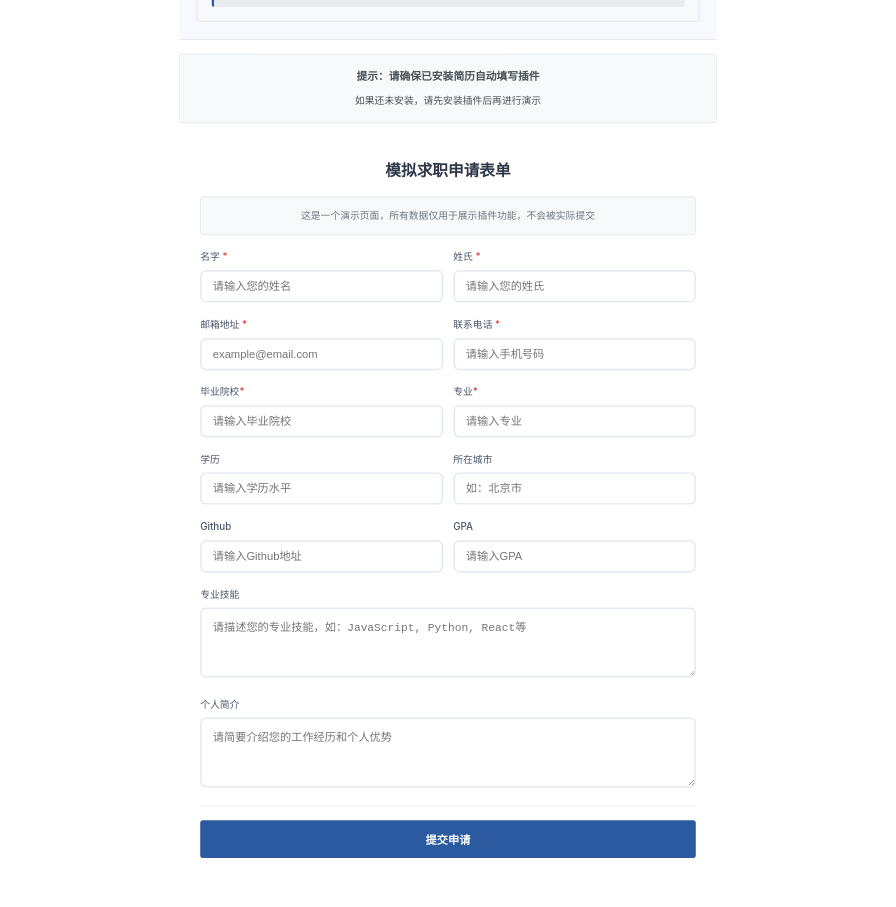
Repository: Zion74/jiancareer-chrome-main-zhn
Page: public/mock-form.html
These files come from the project's save history. The page is drawn as it stood at one moment and after the next save; the edit follows.
The browser window is 1280 px wide. The pictures show the part of the page from y = 687 to 2607 px (the page is 1983 px tall before and 2607 px after), at 70% of full size.

Above is the page before, as saved 2025-09-10 08:44:16.

After the next save:
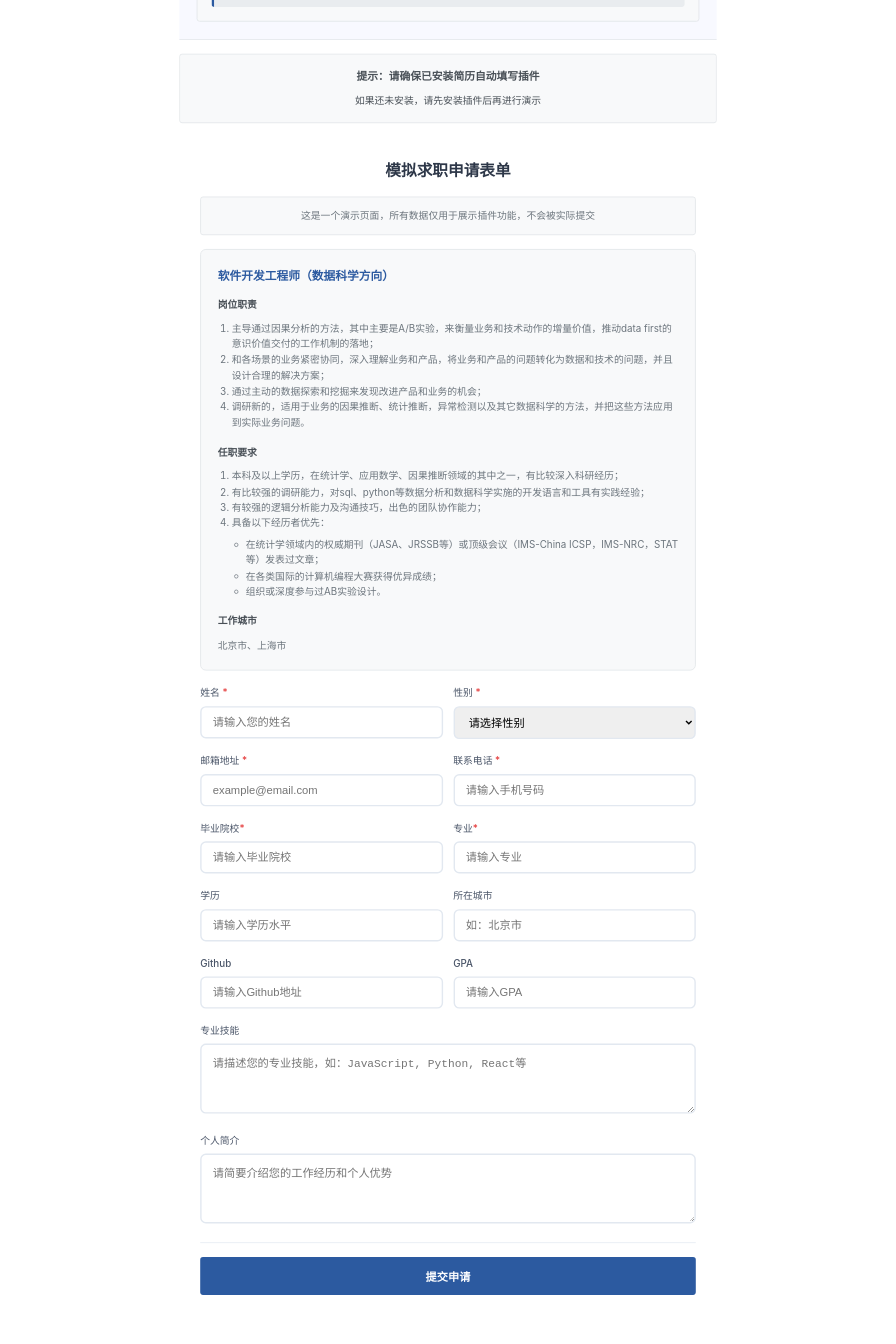
Saved 6 min 42 s later.
--- a/public/mock-form.html
+++ b/public/mock-form.html
@@ -295,15 +295,55 @@
                 这是一个演示页面，所有数据仅用于展示插件功能，不会被实际提交
             </div>
 
+            <!-- 职位要求描述 -->
+            <div style="background: #f8f9fa; border: 1px solid #dee2e6; border-radius: 8px; padding: 24px; margin: 20px 0;">
+                <h3 style="color: #2c5aa0; margin: 0 0 16px 0; font-size: 1.2em;">软件开发工程师（数据科学方向）</h3>
+
+                <div style="margin-bottom: 20px;">
+                    <h4 style="color: #495057; margin: 0 0 12px 0; font-size: 1em;">岗位职责</h4>
+                    <ol style="margin: 0; padding-left: 20px; color: #6c757d; line-height: 1.6;">
+                        <li>主导通过因果分析的方法，其中主要是A/B实验，来衡量业务和技术动作的增量价值，推动data first的意识价值交付的工作机制的落地；</li>
+                        <li>和各场景的业务紧密协同，深入理解业务和产品，将业务和产品的问题转化为数据和技术的问题，并且设计合理的解决方案；</li>
+                        <li>通过主动的数据探索和挖掘来发现改进产品和业务的机会；</li>
+                        <li>调研新的，适用于业务的因果推断、统计推断，异常检测以及其它数据科学的方法，并把这些方法应用到实际业务问题。</li>
+                    </ol>
+                </div>
+
+                <div style="margin-bottom: 20px;">
+                    <h4 style="color: #495057; margin: 0 0 12px 0; font-size: 1em;">任职要求</h4>
+                    <ol style="margin: 0; padding-left: 20px; color: #6c757d; line-height: 1.6;">
+                        <li>本科及以上学历，在统计学、应用数学、因果推断领域的其中之一，有比较深入科研经历；</li>
+                        <li>有比较强的调研能力，对sql、python等数据分析和数据科学实施的开发语言和工具有实践经验；</li>
+                        <li>有较强的逻辑分析能力及沟通技巧，出色的团队协作能力；</li>
+                        <li>具备以下经历者优先：
+                            <ul style="margin: 8px 0 0 0; padding-left: 20px;">
+                                <li>在统计学领域内的权威期刊（JASA、JRSSB等）或顶级会议（IMS-China ICSP，IMS-NRC，STAT等）发表过文章；</li>
+                                <li>在各类国际的计算机编程大赛获得优异成绩；</li>
+                                <li>组织或深度参与过AB实验设计。</li>
+                            </ul>
+                        </li>
+                    </ol>
+                </div>
+
+                <div>
+                    <h4 style="color: #495057; margin: 0 0 12px 0; font-size: 1em;">工作城市</h4>
+                    <p style="margin: 0; color: #6c757d; line-height: 1.6;">北京市、上海市</p>
+                </div>
+            </div>
+
             <form id="demo-form" action="#" method="post">
                 <div class="form-row">
                     <div class="form-group">
-                        <label for="firstName">名字 <span class="required">*</span></label>
-                        <input type="text" id="firstName" name="firstName" placeholder="请输入您的姓名" required>
-                    </div>
-                    <div class="form-group">
-                        <label for="lastName">姓氏 <span class="required">*</span></label>
-                        <input type="text" id="lastName" name="lastName" placeholder="请输入您的姓氏">
+                        <label for="name">姓名 <span class="required">*</span></label>
+                        <input type="text" id="name" name="name" placeholder="请输入您的姓名" required>
+                    </div>
+                    <div class="form-group">
+                        <label for="gender">性别 <span class="required">*</span></label>
+                        <select id="gender" name="gender" required>
+                            <option value="">请选择性别</option>
+                            <option value="男">男</option>
+                            <option value="女">女</option>
+                        </select>
                     </div>
                 </div>
 
